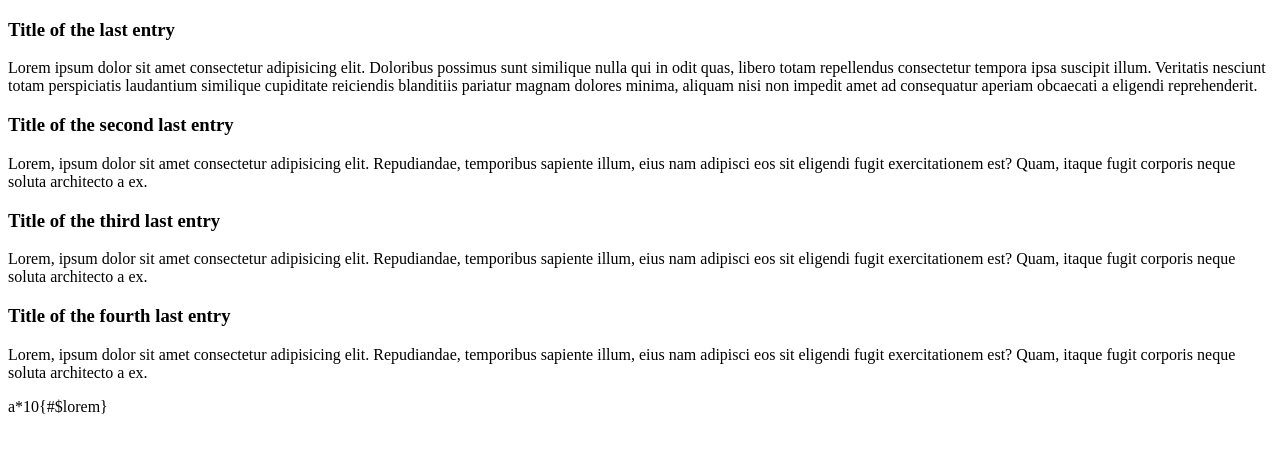
Repository: KikiMcArron/Don_Kiki_McArron
Page: index.html
The author's editor kept a copy of each file at every save. The page is drawn from the files as they stood at one save, then again after the next save.
The browser window is 1280 px wide. The pictures show the whole page.

Above is the page before, as saved 2022-04-10 19:13:44.

After the next save:
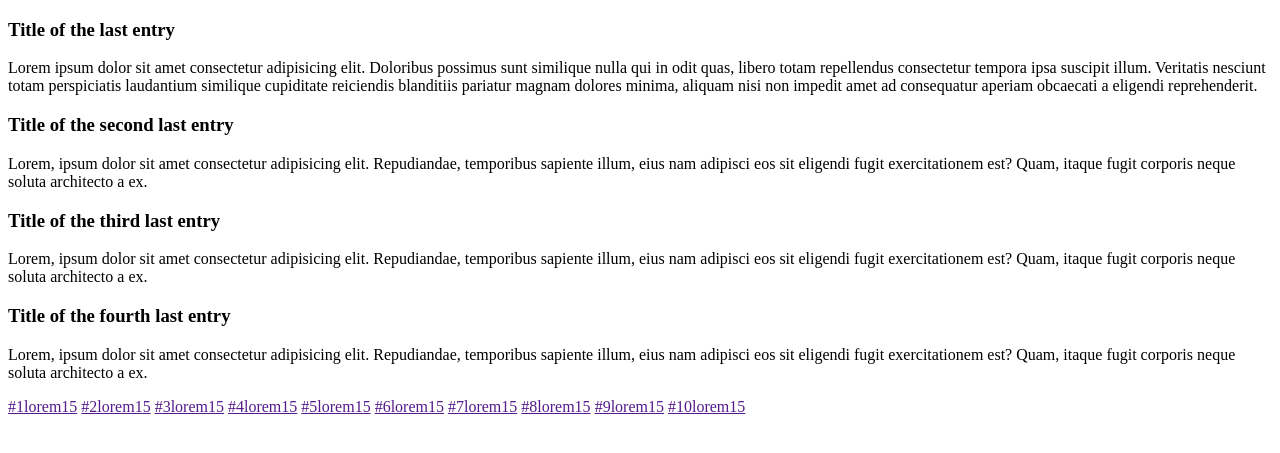
Saved 6 s later.
--- a/index.html
+++ b/index.html
@@ -43,7 +43,16 @@
             </article>
         </section>
         <section class="hitory_entries">
-            a*10{#$lorem}
+            <a href="">#1lorem15</a>
+            <a href="">#2lorem15</a>
+            <a href="">#3lorem15</a>
+            <a href="">#4lorem15</a>
+            <a href="">#5lorem15</a>
+            <a href="">#6lorem15</a>
+            <a href="">#7lorem15</a>
+            <a href="">#8lorem15</a>
+            <a href="">#9lorem15</a>
+            <a href="">#10lorem15</a>
 
         </section>
     </main>
